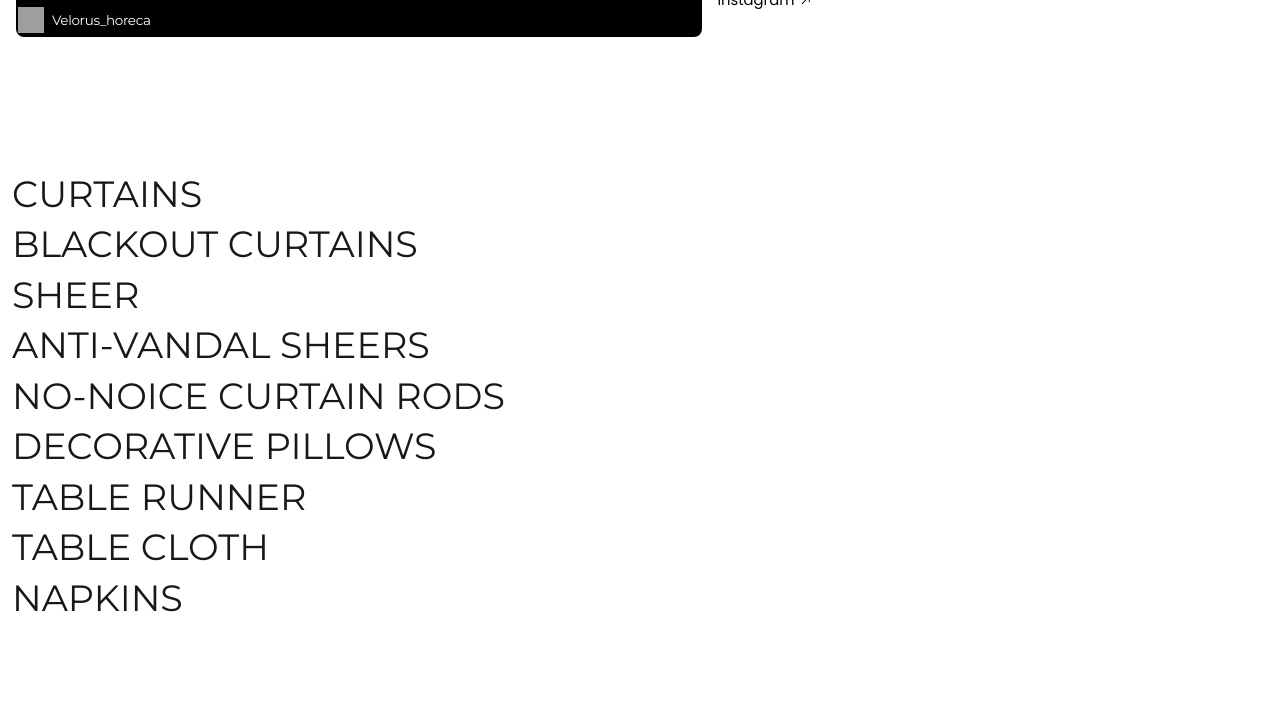
Repository: nikhilsinghrathore1/Shery_02
Page: /
The author's editor kept a copy of each file at every save. The page is drawn from the files as they stood at one save, then again after the next save.
The browser window is 1280 px wide. The pictures show the part of the page from y = 4475 to 5191 px (the page is 9789 px tall).
Pictures or frames that could not be fetched are drawn as grey boxes. The project was rebuilt for these pictures with package versions that can differ from the ones it lists, and the page was loaded fresh each time. Also part of the build but not shown: vite.config.js.

Above is the page before, as saved 2024-07-19 02:37:38.

After the next save:
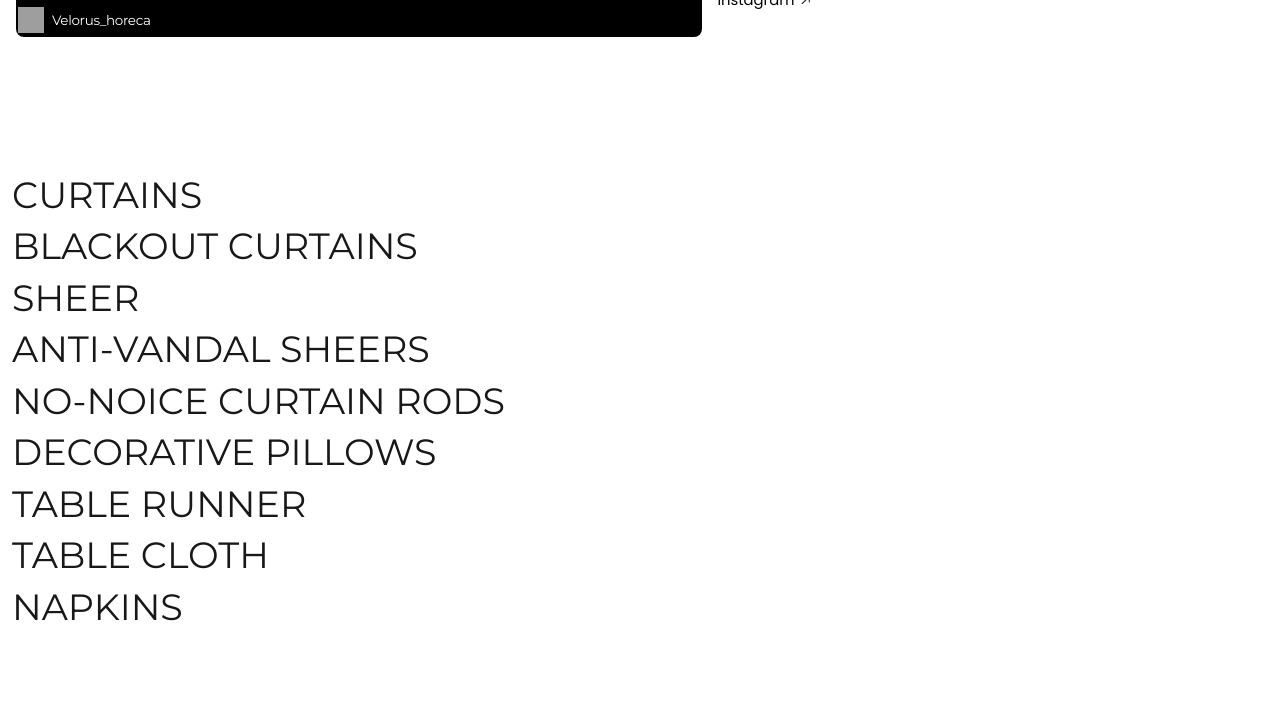
Saved 14 s later.
--- a/src/pages/Landing.jsx
+++ b/src/pages/Landing.jsx
@@ -68,7 +68,7 @@ const Landing = () => {
                 <div className='w-full pt-8 sm:pt-5 md:pt-0 flex h-[100vh] sm:h-[83vh] md:h-[77vh]'>
                <div className='w-[80%]  uppercase leading-none f1 text-[34px] sm:text-[35.5px] md:text-[36.5px]  pl-3 opacity-90 tracking  h-full '>
 
-                              {Dtext[0].map((e,i)=>( <h1 key={i} className='mt-[14px]'>{e}</h1>))}
+                              {Dtext[0].map((e,i)=>( <h1 key={i} className='mt-[14px] md:mt-[15px]'>{e}</h1>))}
 
                </div>
          </div>
